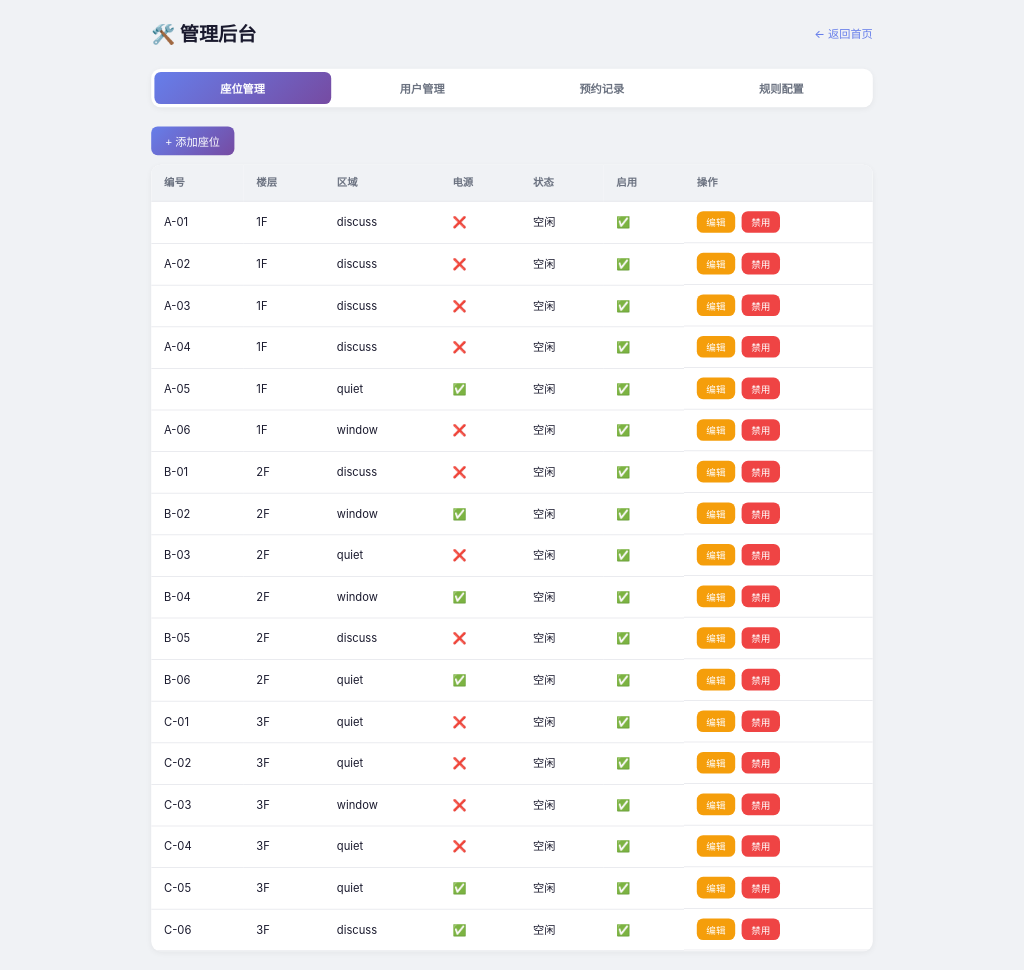
Repository: kinyono/library_seat_system
Page: admin.html
An editor plug-in stored every save of this project. The page is shown before and after the next save, followed by the edit.
The browser window is 1280 px wide. The pictures show the whole page, at 80% of full size.

Above is the page before, as saved 2026-09-16 00:27:22.

### admin.html
<!DOCTYPE html>
<html lang="zh-CN">
<head>
    <meta charset="UTF-8">
    <meta name="viewport" content="width=device-width, initial-scale=1.0">
    <title>管理后台 - 图书馆座位系统</title>
    <link rel="stylesheet" href="css/style.css">
    <link rel="stylesheet" href="css/admin.css">
</head>
<body>
    <div class="admin-container">
        <header class="admin-header">
            <h1>🛠️ 管理后台</h1>
            <a href="index.html" class="back-link">← 返回首页</a>
        </header>

        <div class="tabs">
            <button class="tab-btn active" data-tab="seats">座位管理</button>
            <button class="tab-btn" data-tab="users">用户管理</button>
            <button class="tab-btn" data-tab="bookings">预约记录</button>
            <button class="tab-btn" data-tab="rules">规则配置</button>
        </div>

        <!-- 座位管理 -->
        <div class="tab-content" id="tab-seats">
            <div style="margin-bottom:12px;">
                <button class="btn btn-primary" onclick="showAddSeatForm()">+ 添加座位</button>
            </div>
            <div class="table-wrapper">
                <table>
                    <thead>
                        <tr>
                            <th>编号</th>
                            <th>楼层</th>
                            <th>区域</th>
                            <th>电源</th>
                            <th>状态</th>
                            <th>启用</th>
                            <th>操作</th>
                        </tr>
                    </thead>
                    <tbody id="seatsTableBody"></tbody>
                </table>
            </div>
        </div>

        <!-- 用户管理 -->
        <div class="tab-content" id="tab-users">
            <div class="table-wrapper">
                <table>
                    <thead>
                        <tr>
                            <th>姓名</th>
                            <th>学号</th>
                            <th>信用分</th>
                            <th>状态</th>
                            <th>操作</th>
                        </tr>
                    </thead>
                    <tbody id="usersTableBody"></tbody>
                </table>
            </div>
        </div>

        <!-- 预约记录 -->
        <div class="tab-content" id="tab-bookings">
            <div class="table-wrapper">
                <table>
                    <thead>
                        <tr>
                            <th>用户</th>
                            <th>座位</th>
                            <th>日期</th>
                            <th>时段</th>
                            <th>状态</th>
                            <th>操作</th>
                        </tr>
                    </thead>
                    <tbody id="bookingsTableBody"></tbody>
                </table>
            </div>
        </div>

        <!-- 规则配置 -->
        <div class="tab-content" id="tab-rules">
            <div class="rules-grid">
                <div class="rule-card">
                    <h4>⏱ 预约时长</h4>
                    <div class="form-group">
                        <label>最长预约（分钟）</label>
                        <input type="number" id="ruleMaxMinutes" class="form-control" value="240">
                    </div>
                    <div class="form-group">
                        <label>签到宽限（分钟）</label>
                        <input type="number" id="ruleGraceMinutes" class="form-control" value="15">
                    </div>
                </div>
                <div class="rule-card">
                    <h4>🚶 暂离规则</h4>
                    <div class="form-group">
                        <label>暂离时长（分钟）</label>
                        <input type="number" id="ruleAwayMinutes" class="form-control" value="45">
                    </div>
                    <div class="form-group">
                        <label>每日可用次数</label>
                        <input type="number" id="ruleAwayTimes" class="form-control" value="3">
                    </div>
                    <div class="form-group">
                        <label>超时扣分</label>
                        <input type="number" id="ruleAwayPenalty" class="form-control" value="10">
                    </div>
                </div>
                <div class="rule-card">
                    <h4>🏫 上课保留</h4>
                    <div class="form-group">
                        <label>保留时长（分钟）</label>
                        <input type="number" id="ruleClassMinutes" class="form-control" value="120">
                    </div>
                    <div class="form-group">
                        <label>每日可用次数</label>
                        <input type="number" id="ruleClassTimes" class="form-control" value="1">
                    </div>
                    <div class="form-group">
                        <label>超时扣分</label>
                        <input type="number" id="ruleClassPenalty" class="form-control" value="20">
                    </div>
                    <div class="form-group">
                        <label>最低信用分要求</label>
                        <input type="number" id="ruleClassMinCredit" class="form-control" value="80">
                    </div>
                </div>
            </div>
            <button class="btn btn-primary" onclick="saveRules()" style="margin-top:20px;">💾 保存规则</button>
        </div>
    </div>
    <script src="js/admin.js"></script>
</body>
</html>

### css/style.css
/* ===== Design Tokens ===== */
:root {
    --primary: #667eea;
    --secondary: #764ba2;
    --accent: #f093fb;
    --bg-light: #f0f2f5;
    --bg-white: #ffffff;
    --text-primary: #1a1a2e;
    --text-secondary: #6b7280;
    --border-color: #e5e7eb;
    --success: #22c55e;
    --warning: #f59e0b;
    --danger: #ef4444;
    --info: #3b82f6;
    --radius-sm: 8px;
    --radius-md: 12px;
    --radius-lg: 20px;
    --shadow-sm: 0 2px 8px rgba(0,0,0,0.06);
    --shadow-md: 0 8px 30px rgba(0,0,0,0.12);
    --shadow-lg: 0 20px 60px rgba(0,0,0,0.2);
    --transition: all 0.3s ease;
}

* {
    margin: 0;
    padding: 0;
    box-sizing: border-box;
}

body {
    font-family: -apple-system, BlinkMacSystemFont, 'Segoe UI', Roboto, 'Helvetica Neue', Arial, sans-serif;
    background: var(--bg-light);
    color: var(--text-primary);
    line-height: 1.6;
}

a {
    text-decoration: none;
    color: inherit;
}

/* ===== 通用按钮 ===== */
.btn {
    display: inline-block;
    padding: 8px 18px;
    border: none;
    border-radius: var(--radius-sm);
    cursor: pointer;
    font-size: 14px;
    font-weight: 500;
    transition: var(--transition);
    text-align: center;
}
.btn-primary {
    background: linear-gradient(135deg, var(--primary), var(--secondary));
    color: #fff;
}
.btn-primary:hover {
    transform: translateY(-2px);
    box-shadow: var(--shadow-md);
}
.btn-danger {
    background: var(--danger);
    color: #fff;
}
.btn-danger:hover {
    background: #dc2626;
}
.btn-success {
    background: var(--success);
    color: #fff;
}
.btn-success:hover {
    background: #16a34a;
}
.btn-warning {
    background: var(--warning);
    color: #fff;
}
.btn-warning:hover {
    background: #d97706;
}
.btn-info {
    background: var(--info);
    color: #fff;
}
.btn-info:hover {
    background: #2563eb;
}

/* ===== 表单 ===== */
.form-group {
    margin-bottom: 16px;
}
.form-group label {
    display: block;
    font-size: 14px;
    font-weight: 600;
    margin-bottom: 6px;
    color: var(--text-secondary);
}
.form-control {
    width: 100%;
    padding: 10px 14px;
    border: 2px solid var(--border-color);
    border-radius: var(--radius-sm);
    font-size: 15px;
    transition: var(--transition);
    outline: none;
    background: var(--bg-white);
}
.form-control:focus {
    border-color: var(--primary);
    box-shadow: 0 0 0 3px rgba(102,126,234,0.15);
}
select.form-control {
    appearance: auto;
}

### css/admin.css
.admin-container { max-width: 950px; margin: 0 auto; padding: 24px; }
.admin-header { display: flex; justify-content: space-between; align-items: center; margin-bottom: 24px; }
.admin-header h1 { font-size: 24px; }
.back-link { color: var(--primary); font-weight: 500; font-size: 14px; }
.back-link:hover { text-decoration: underline; }
.tabs { display: flex; gap: 4px; margin-bottom: 24px; background: var(--bg-white); border-radius: var(--radius-md); padding: 4px; box-shadow: var(--shadow-sm); }
.tab-btn { flex: 1; padding: 10px 16px; border: none; background: transparent; border-radius: var(--radius-sm); cursor: pointer; font-size: 14px; font-weight: 600; color: var(--text-secondary); transition: var(--transition); white-space: nowrap; }
.tab-btn.active { background: linear-gradient(135deg, var(--primary), var(--secondary)); color: #fff; }
.tab-btn:hover:not(.active) { background: var(--bg-light); }
.tab-content { display: none; }
.tab-content.active { display: block; }
.table-wrapper { overflow-x: auto; background: var(--bg-white); border-radius: var(--radius-md); box-shadow: var(--shadow-sm); }
table { width: 100%; border-collapse: collapse; }
th, td { padding: 12px 16px; text-align: left; border-bottom: 1px solid var(--border-color); }
th { background: var(--bg-light); font-weight: 600; color: var(--text-secondary); font-size: 13px; }
td { font-size: 14px; }
.action-btns { display: flex; gap: 8px; flex-wrap: wrap; }
.action-btns .btn { font-size: 12px; padding: 5px 12px; }
.rules-grid { display: grid; grid-template-columns: repeat(auto-fit, minmax(250px, 1fr)); gap: 16px; }
.rule-card { background: var(--bg-white); border-radius: var(--radius-md); padding: 20px; box-shadow: var(--shadow-sm); }
.rule-card h4 { margin-bottom: 12px; color: var(--text-primary); font-size: 15px; }
.rule-card .form-group { margin-bottom: 12px; }
.rule-card .form-group label { font-size: 12px; }
@media (max-width: 720px) { .tabs { flex-direction: column; } .tab-btn { text-align: center; } .rules-grid { grid-template-columns: 1fr; } th, td { padding: 8px 10px; } }

Loaded but not shown: js/admin.js (225 lines, source omitted)

After the next save:
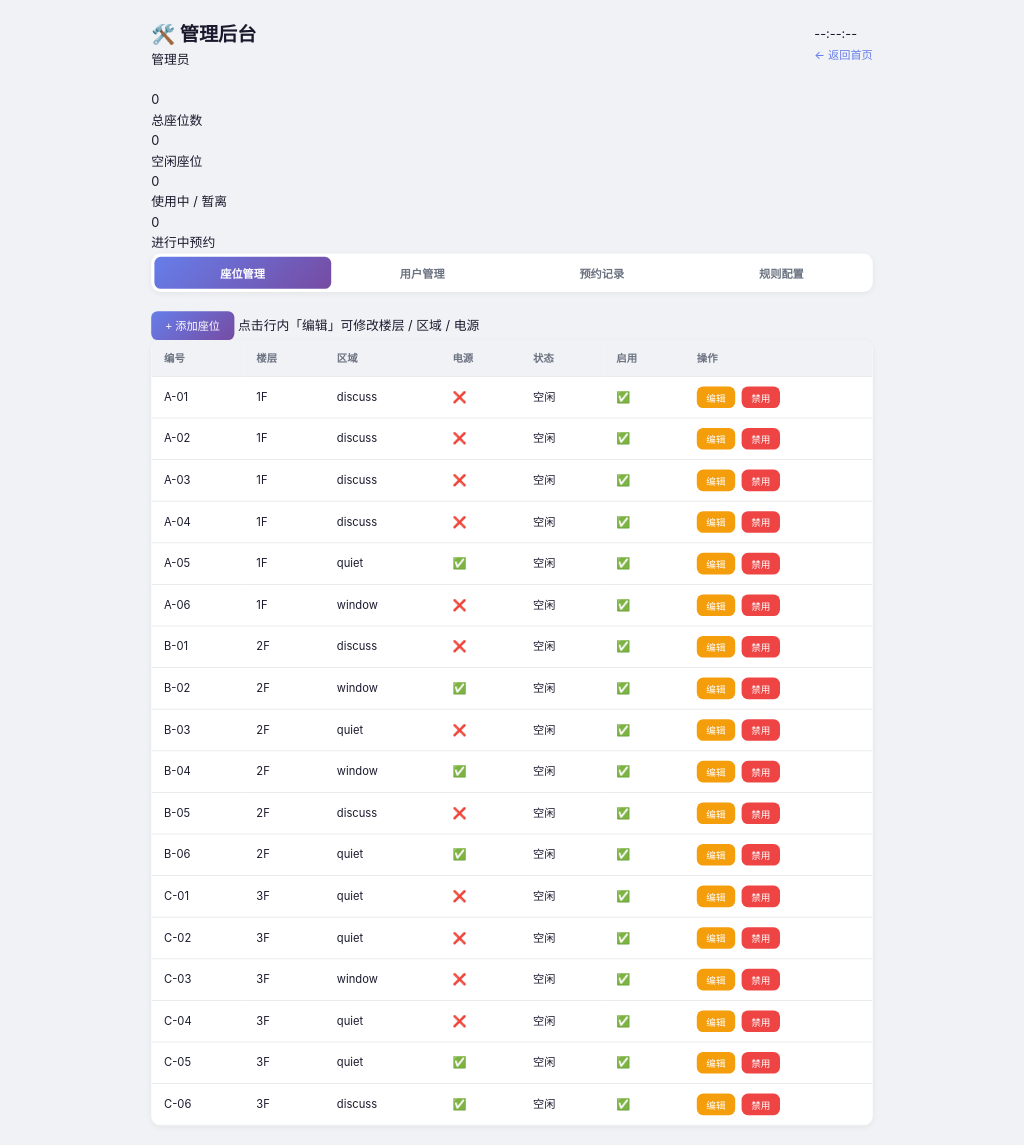
Saved 8 days later.
--- a/admin.html
+++ b/admin.html
@@ -9,11 +9,39 @@
 </head>
 <body>
     <div class="admin-container">
+        <!-- 顶部栏 -->
         <header class="admin-header">
-            <h1>🛠️ 管理后台</h1>
-            <a href="index.html" class="back-link">← 返回首页</a>
+            <div class="header-left">
+                <h1>🛠️ 管理后台</h1>
+                <span class="admin-badge" id="adminName">管理员</span>
+            </div>
+            <div class="header-right">
+                <div class="realtime-clock" id="realtimeClock">--:--:--</div>
+                <a href="index.html" class="back-link">← 返回首页</a>
+            </div>
         </header>
 
+        <!-- 统计卡片 -->
+        <div class="stats-row" id="adminStats">
+            <div class="stat-card">
+                <div class="stat-value" id="statTotal">0</div>
+                <div class="stat-label">总座位数</div>
+            </div>
+            <div class="stat-card">
+                <div class="stat-value" id="statFree">0</div>
+                <div class="stat-label">空闲座位</div>
+            </div>
+            <div class="stat-card">
+                <div class="stat-value" id="statUsed">0</div>
+                <div class="stat-label">使用中 / 暂离</div>
+            </div>
+            <div class="stat-card">
+                <div class="stat-value" id="statActiveBookings">0</div>
+                <div class="stat-label">进行中预约</div>
+            </div>
+        </div>
+
+        <!-- Tab 切换 -->
         <div class="tabs">
             <button class="tab-btn active" data-tab="seats">座位管理</button>
             <button class="tab-btn" data-tab="users">用户管理</button>
@@ -22,21 +50,17 @@
         </div>
 
         <!-- 座位管理 -->
-        <div class="tab-content" id="tab-seats">
-            <div style="margin-bottom:12px;">
+        <div class="tab-content active" id="tab-seats">
+            <div class="tab-toolbar">
                 <button class="btn btn-primary" onclick="showAddSeatForm()">+ 添加座位</button>
+                <span class="toolbar-hint">点击行内「编辑」可修改楼层 / 区域 / 电源</span>
             </div>
             <div class="table-wrapper">
                 <table>
                     <thead>
                         <tr>
-                            <th>编号</th>
-                            <th>楼层</th>
-                            <th>区域</th>
-                            <th>电源</th>
-                            <th>状态</th>
-                            <th>启用</th>
-                            <th>操作</th>
+                            <th>编号</th><th>楼层</th><th>区域</th><th>电源</th>
+                            <th>状态</th><th>启用</th><th>操作</th>
                         </tr>
                     </thead>
                     <tbody id="seatsTableBody"></tbody>
@@ -49,13 +73,7 @@
             <div class="table-wrapper">
                 <table>
                     <thead>
-                        <tr>
-                            <th>姓名</th>
-                            <th>学号</th>
-                            <th>信用分</th>
-                            <th>状态</th>
-                            <th>操作</th>
-                        </tr>
+                        <tr><th>姓名</th><th>学号</th><th>信用分</th><th>状态</th><th>操作</th></tr>
                     </thead>
                     <tbody id="usersTableBody"></tbody>
                 </table>
@@ -64,17 +82,13 @@
 
         <!-- 预约记录 -->
         <div class="tab-content" id="tab-bookings">
+            <div class="tab-toolbar">
+                <button class="btn btn-secondary" onclick="renderBookings()">🔄 刷新</button>
+            </div>
             <div class="table-wrapper">
                 <table>
                     <thead>
-                        <tr>
-                            <th>用户</th>
-                            <th>座位</th>
-                            <th>日期</th>
-                            <th>时段</th>
-                            <th>状态</th>
-                            <th>操作</th>
-                        </tr>
+                        <tr><th>用户</th><th>座位</th><th>日期</th><th>时段</th><th>状态</th><th>操作</th></tr>
                     </thead>
                     <tbody id="bookingsTableBody"></tbody>
                 </table>
@@ -133,6 +147,46 @@
             <button class="btn btn-primary" onclick="saveRules()" style="margin-top:20px;">💾 保存规则</button>
         </div>
     </div>
+
+    <!-- 添加座位弹窗 -->
+    <div class="modal-mask" id="addSeatModal" style="display:none;">
+        <div class="modal-box">
+            <div class="modal-header">
+                <h3>+ 添加座位</h3>
+                <span class="modal-close" onclick="closeAddSeatForm()">✕</span>
+            </div>
+            <div class="modal-body">
+                <div class="form-group">
+                    <label>座位编号</label>
+                    <input type="text" id="newSeatCode" class="form-control" placeholder="如 A01">
+                </div>
+                <div class="form-group">
+                    <label>楼层</label>
+                    <input type="number" id="newSeatFloor" class="form-control" value="1" min="1" max="5">
+                </div>
+                <div class="form-group">
+                    <label>区域</label>
+                    <select id="newSeatArea" class="form-control">
+                        <option value="quiet">静音区</option>
+                        <option value="discuss">讨论区</option>
+                        <option value="window">靠窗区</option>
+                    </select>
+                </div>
+                <div class="form-group">
+                    <label>有电源</label>
+                    <select id="newSeatPower" class="form-control">
+                        <option value="1">有</option>
+                        <option value="0">无</option>
+                    </select>
+                </div>
+            </div>
+            <div class="modal-footer">
+                <button class="btn btn-secondary" onclick="closeAddSeatForm()">取消</button>
+                <button class="btn btn-primary" onclick="submitAddSeat()">确认添加</button>
+            </div>
+        </div>
+    </div>
+
     <script src="js/admin.js"></script>
 </body>
 </html>
